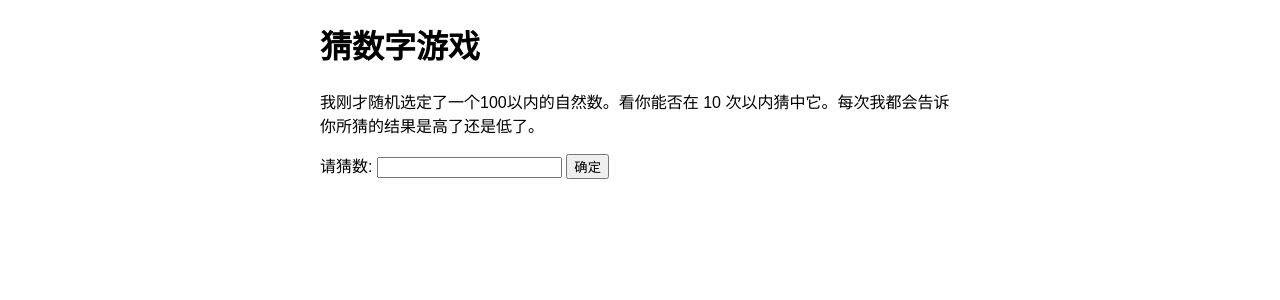
Repository: Valhally/web-projects
Page: sample-site/index.html
An editor plug-in stored every save of this project. The page is shown before and after the next save, followed by the edit.
The browser window is 1280 px wide. The pictures show the whole page.

Above is the page before, as saved 2021-08-21 22:11:59.

### sample-site/index.html
<!DOCTYPE html>
<html>
  <head>
    <meta charset="utf-8">
    <title>猜数字游戏</title>
    <style>
      html {
        font-family: sans-serif;
      }

      body {
        width: 50%;
        max-width: 800px;
        min-width: 480px;
        margin: 0 auto;
      }

      .lastResult {
        color: white;
        padding: 3px;
      }
    </style>
  </head>

  <body>
    <h1>猜数字游戏</h1>

    <p>我刚才随机选定了一个100以内的自然数。看你能否在 10 次以内猜中它。每次我都会告诉你所猜的结果是高了还是低了。</p>

    <div class="form">
      <label for="guessField">请猜数: </label>
      <input type="text" id="guessField" class="guessField">
      <input type="submit" value="确定" class="guessSubmit">
    </div>

    <div class="resultParas">
      <p class="guesses"></p>
      <p class="lastResult"></p>
      <p class="lowOrHigh"></p>
    </div>

    <script src = "resources/main.js" async></script>
  </body>
</html>

### sample-site/resources/main.js
let randomNumber = Math.floor(Math.random() * 100) + 1;

const guesses = document.querySelector('.guesses');
const lastResult = document.querySelector('.lastResult');
const lowOrHigh = document.querySelector('.lowOrHigh');

const guessSubmit = document.querySelector('.guessSubmit');
const guessField = document.querySelector('.guessField');

let guessCount = 1;
let resetButton;

guessSubmit.addEventListener('click', checkGuess);

function checkGuess() {
    let userGuess = Number(guessField.value);
    if(guessCount === 1) guesses.textContent = '上次猜的数: ';
    guesses.textContent += userGuess + ' ';

    if(userGuess === randomNumber) {
        lastResult.textContent = '恭喜你, 猜对了!';
        lastResult.style.backgroundColor = 'green';
        lowOrHigh.textContent = '';
        setGameOver();
    } else if(guessCount === 10) {
        lastResult.textContent = '!!!Game Over!!!';
        setGameOver();
    } else {
        lastResult.textContent = '你猜错了!';
        awdlastResult.style.backgroundColor = 'red';
        if(userGuess < randomNumber)
            lowOrHigh.textContent = '你猜低了!';
        else
            lowOrHigh.textContent = '你猜高了!';
    }

    guessCount++;
    guessField.value = '';
    guessField.focus();
}

function setGameOver() {
    guessField.disabled = true;
    guessSubmit.disabled = true;
    resetButton = document.createElement('button');
    resetButton.textContent = '开始新游戏';
    document.body.appendChild(resetButton);
    resetButton.addEventListener('click', resetGame);
}

function resetGame() {
    guessCount = 1;

    const resetParas = document.querySelectorAll('.resultParas p');
    for(let i = 0; i < resetParas.length; ++i)
    resetParas[i].textContent = '';

    resetButton.parentNode.removeChild(resetButton);

    guessField.disabled = false;
    guessSubmit.disabled = false;
    guessField.value = '';
    guessField.focus();

    lastResult.style.backgroundColor = 'white';

    randomNumber = Math.floor(Math.random() * 100) + 1;
}

After the next save:
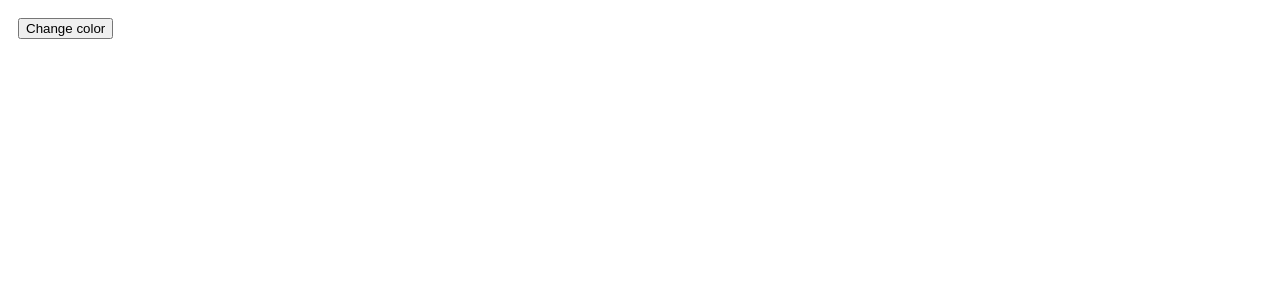
Saved 20 h 19 min later.
--- a/sample-site/index.html
+++ b/sample-site/index.html
@@ -2,43 +2,28 @@
 <html>
   <head>
     <meta charset="utf-8">
-    <title>猜数字游戏</title>
+    <title>Random color example — event handler property</title>
     <style>
-      html {
-        font-family: sans-serif;
-      }
-
-      body {
-        width: 50%;
-        max-width: 800px;
-        min-width: 480px;
-        margin: 0 auto;
-      }
-
-      .lastResult {
-        color: white;
-        padding: 3px;
+      button {
+        margin: 10px;
       }
     </style>
   </head>
+  <body>
+    <button>Change color</button>
+    <script>
+      const btn = document.querySelector('button');
 
-  <body>
-    <h1>猜数字游戏</h1>
+      function random(number) {
+        return Math.floor(Math.random()*number);
+      }
 
-    <p>我刚才随机选定了一个100以内的自然数。看你能否在 10 次以内猜中它。每次我都会告诉你所猜的结果是高了还是低了。</p>
+      function bgChange() {
+        const rndCol = 'rgb(' + random(255) + ',' + random(255) + ',' + random(255) + ')';
+        document.body.style.backgroundColor = rndCol;
+      }
 
-    <div class="form">
-      <label for="guessField">请猜数: </label>
-      <input type="text" id="guessField" class="guessField">
-      <input type="submit" value="确定" class="guessSubmit">
-    </div>
-
-    <div class="resultParas">
-      <p class="guesses"></p>
-      <p class="lastResult"></p>
-      <p class="lowOrHigh"></p>
-    </div>
-
-    <script src = "resources/main.js" async></script>
+      btn.onclick = bgChange;
+    </script>
   </body>
 </html>
